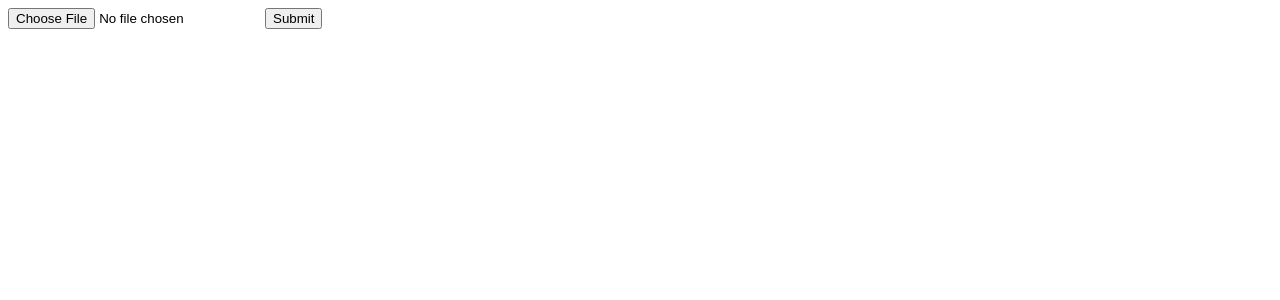
Repository: jessie9527/Java_Brad
Page: BradWeb/src/main/webapp/brad10.html
These files come from the project's save history. The page is drawn as it stood at one moment and after the next save; the edit follows.
The browser window is 1280 px wide. The pictures show the whole page.

Above is the page before, as saved 2023-05-09 07:12:33.

After the next save:
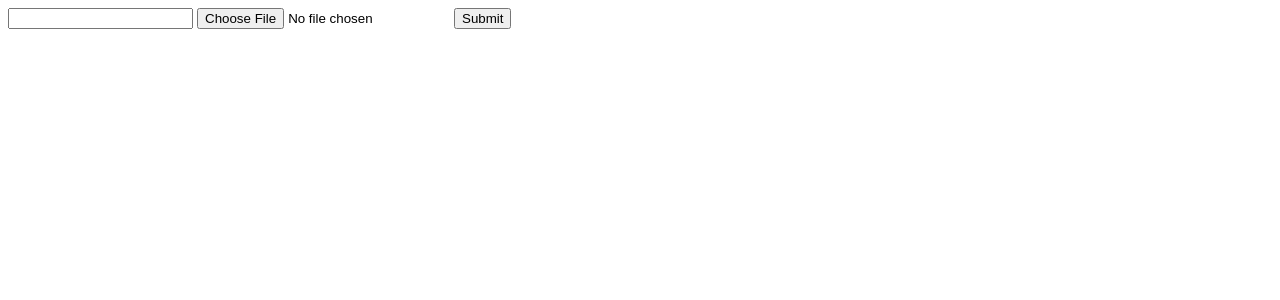
Saved 52 s later.
--- a/BradWeb/src/main/webapp/brad10.html
+++ b/BradWeb/src/main/webapp/brad10.html
@@ -7,6 +7,7 @@
 	<body>
 		<!-- multipart/form-data:把表單 -->
 		<form action="Brad10" method="post" enctype="multipart/form-data">
+			<input name="account">
 			<input type="file" name="upload" />
 			<input type="submit" name="upload" />
 		</form>
